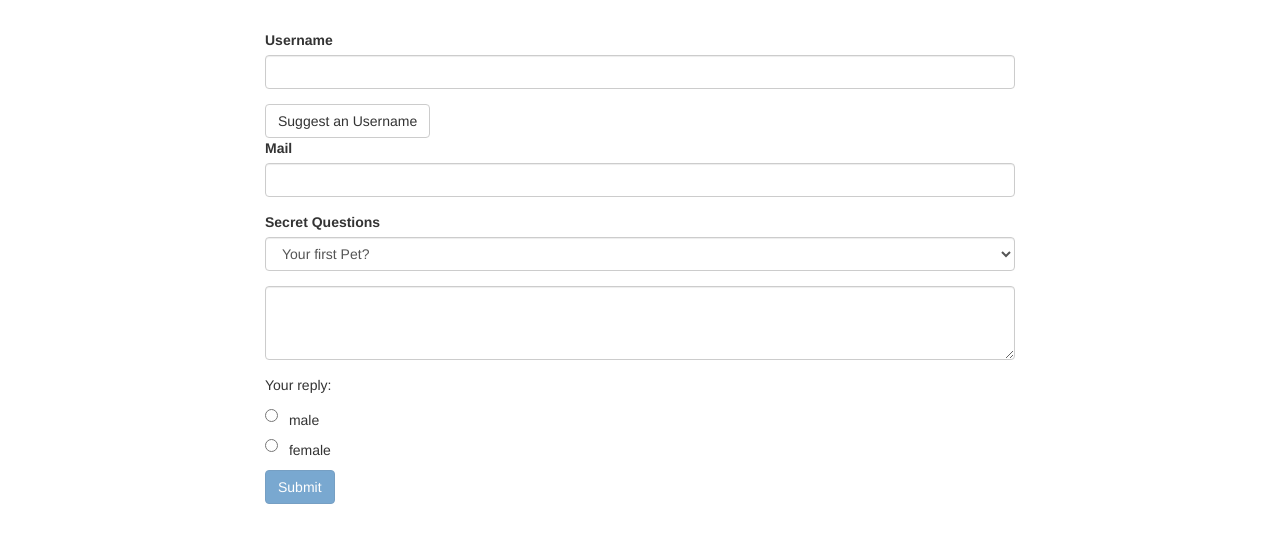
Repository: NikitasX/AngularCourse
Page: / (app in forms-start/)
The author's editor kept a copy of each file at every save. The page is drawn from the files as they stood at one save, then again after a run of saves.
The browser window is 1280 px wide. The pictures show the whole page.
The project was rebuilt for these pictures with package versions that can differ from the ones it lists, and the page was loaded fresh each time. Also part of the build but not shown: forms-start/angular.json.

Above is the page before, as saved 2020-09-25 15:58:45.

### forms-start/src/app/app.component.ts
import { Component, ViewChild } from '@angular/core';
import { NgForm } from '@angular/forms';

@Component({
  selector: 'app-root',
  templateUrl: './app.component.html',
  styleUrls: ['./app.component.css']
})
export class AppComponent {
@ViewChild('f') signupForm:NgForm;
defaultQuestion = 'pet';
answer = '';
genders = ['male', 'female'];

  suggestUserName() {
    const suggestedName = 'Superuser';
  }

  // onSubmit(form: NgForm) {
  //   console.log(form);
  // }

  onSubmit() {
    console.log(this.signupForm);
  }
}

### forms-start/src/app/app.component.html
<div class="container">
  <div class="row">
    <div class="col-xs-12 col-sm-10 col-md-8 col-sm-offset-1 col-md-offset-2">
      <form (ngSubmit)="onSubmit()" #f="ngForm">
        <div
          id="user-data"
          ngModelGroup="userData"
          #userData="ngModelGroup">
          <div class="form-group">
            <label for="username">Username</label>
            <input
              type="text"
              id="username"
              class="form-control"
              ngModel
              name="username"
              required>
          </div>
          <button class="btn btn-default" type="button">Suggest an Username</button>
          <div class="form-group">
            <label for="email">Mail</label>
            <input
              type="email"
              id="email"
              class="form-control"
              ngModel
              name="email"
              required
              email
              #email="ngModel">
             <span
              class="help-block"
              *ngIf="!email.valid && email.touched">
                Please enter a valid email!
              </span>
          </div>
        </div>
        <p *ngIf="!userData.valid && userData.touched">User data is invalid</p>
        <div class="form-group">
          <label for="secret">Secret Questions</label>
          <select
            id="secret"
            class="form-control"
            [ngModel]="defaultQuestion"
            name="secret">
            <option value="pet">Your first Pet?</option>
            <option value="teacher">Your first teacher?</option>
          </select>
        </div>
        <div class="form-group">
          <textarea
          class="form-control"
          name="questionAnswer"
          rows="3"
          [(ngModel)]="answer"></textarea>
        </div>
        <p>Your reply: {{ answer }}</p>

        <div class="radio" *ngFor="let gender of genders">
          <label>
            <input type="radio" name="gender" >
          </label>
          {{ gender }}
        </div>
        <button
          class="btn btn-primary"
          type="submit"
          [disabled]="!f.valid">Submit</button>
      </form>
    </div>
  </div>
</div>

Loaded but not shown: forms-start/src/index.html (common file); forms-start/src/styles.css (common file); forms-start/src/main.ts (common file); forms-start/src/app/app.module.ts (common file); forms-start/src/environments/environment.ts (common file); forms-start/src/app/app.component.css (common file)

After the next 7 saves:
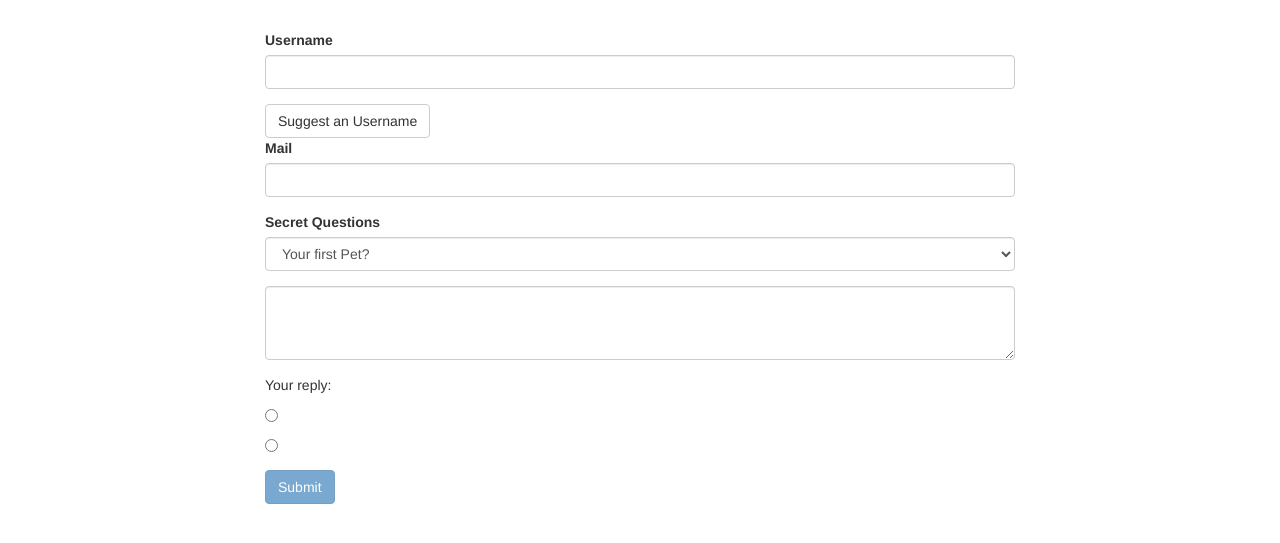
The 7 saves are shown as one change because 1 did not build or start and some came seconds apart.
The last was saved 20 s later.
--- a/forms-start/src/app/app.component.html
+++ b/forms-start/src/app/app.component.html
@@ -58,9 +58,8 @@
 
         <div class="radio" *ngFor="let gender of genders">
           <label>
-            <input type="radio" name="gender" >
+            <input type="radio" name="gender" ngModel [value]="gender">
           </label>
-          {{ gender }}
         </div>
         <button
           class="btn btn-primary"
